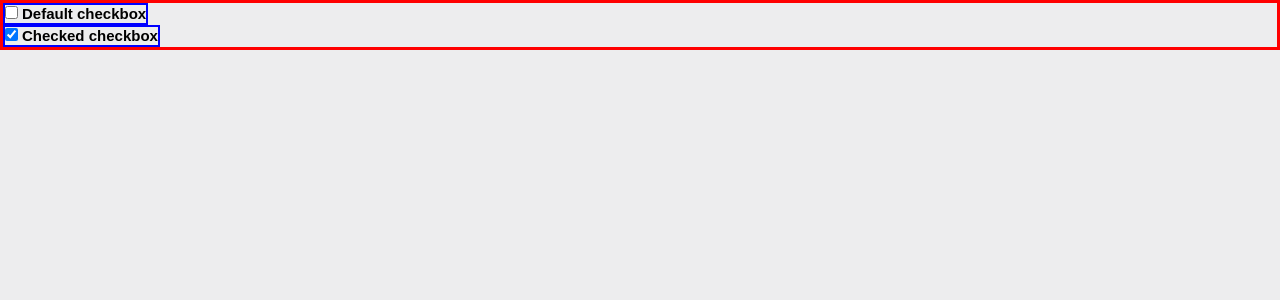
Repository: Grace229/Hasob-form
Page: index.html
These files come from the project's save history. The page is drawn as it stood at one moment and after the next save; the edit follows.
The browser window is 1280 px wide. The pictures show the whole page.

Above is the page before, as saved 2020-12-26 19:31:36.

After the next save:
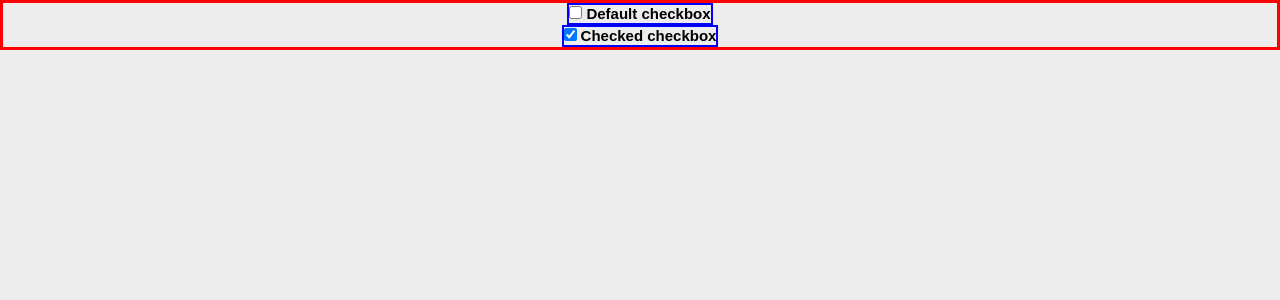
Saved 7 s later.
--- a/style.css
+++ b/style.css
@@ -17,5 +17,5 @@ input{
 }
 .container{
     border: solid 3px red;
-    justify-items: ;
+    justify-items: center;
 }
